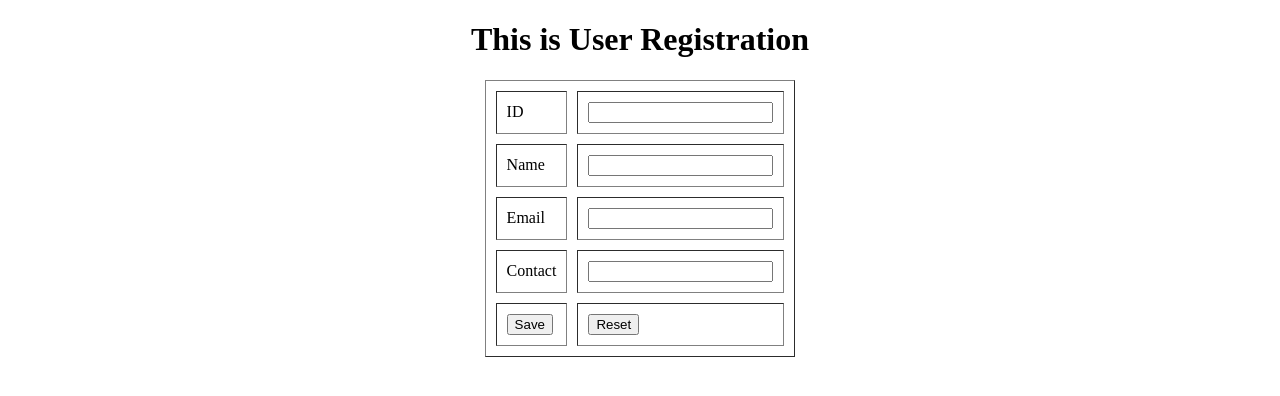
Repository: Pradeep4802/utopiatech
Page: eclipse-workspace/DevelearnUSerManagement/src/main/webapp/register.html
An editor plug-in stored every save of this project. The page is shown before and after the next save, followed by the edit.
The browser window is 1280 px wide. The pictures show the whole page.

Above is the page before, as saved 2023-10-10 08:43:55.

### eclipse-workspace/DevelearnUSerManagement/src/main/webapp/register.html
<!DOCTYPE html>
<html>
<head>
<meta charset="ISO-8859-1">
<title>Insert title here</title>
</head>
<body>
	<div align="center">
		<h1>This is User Registration</h1>

		<form action="UserServlet" method="get">
			<table border="1" cellspacing="10" cellpadding="10">
				<tr>
					<td>ID</td>
					<td><input type="text" name="id"></td>
				</tr>

				<tr>
					<td>Name</td>
					<td><input type="text" name="name"></td>
				</tr>

				<tr>
					<td>Email</td>
					<td><input type="text" name="email"></td>
				</tr>

				<tr>
					<td>Contact</td>
					<td><input type="text" name="contact"></td>
				</tr>

				<tr>
					<td><input type="submit" value="Save"></td>
					<td><input type="reset" value="Reset"></td>
				</tr>
			</table>
		</form>
	</div>
</body>
</html>

After the next save:
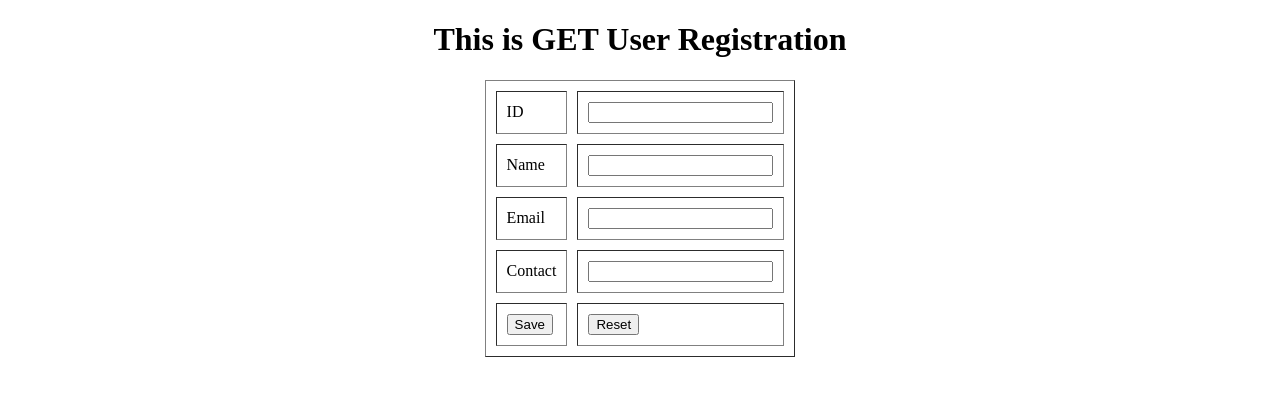
Saved 10 s later.
--- a/eclipse-workspace/DevelearnUSerManagement/src/main/webapp/register.html
+++ b/eclipse-workspace/DevelearnUSerManagement/src/main/webapp/register.html
@@ -6,7 +6,7 @@
 </head>
 <body>
 	<div align="center">
-		<h1>This is User Registration</h1>
+		<h1>This is GET User Registration</h1>
 
 		<form action="UserServlet" method="get">
 			<table border="1" cellspacing="10" cellpadding="10">
